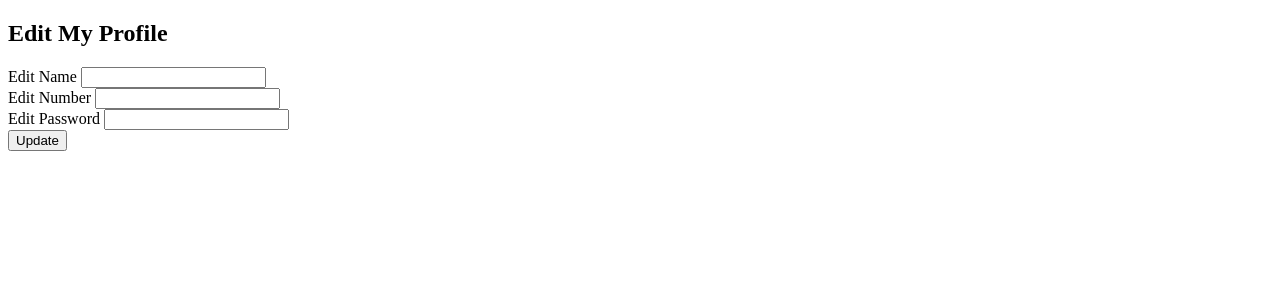
Repository: abkc727/handson-assignments
Page: http://localhost/contact-app/editprofile.jsp
The author's editor kept a copy of each file at every save. The page is drawn from the files as they stood at one save, then again after the next save.
The browser window is 1280 px wide. The pictures show the whole page.
The page is served by Tomcat 9. Other server files are loaded and not shown.

Above is the page before, as saved 2020-10-01 10:28:04.

### Day 13 - CONTACT-APP/contact-app/WebContent/editprofile.jsp
<%@ page language="java" contentType="text/html; charset=ISO-8859-1"
    pageEncoding="ISO-8859-1"%>
<!DOCTYPE html>
<html>
<head>
<meta charset="ISO-8859-1">
<title>Insert title here</title>
</head>
<body>
	<h2>Edit My Profile</h2>
	<form action = "EditProfileServlet" method = "post">


		<label>
			Edit Name <input type = "text" name = "name">
		</label>
		<br />
		<label>
			Edit Number <input type = "text" name = "phone">
		</label>
		<br />
		<label>
			Edit Password <input type = "text" name = "password">
		</label>
		<br />
		<input type = "submit" value = "Update">
	</form>

</body>
</html>

After the next save:
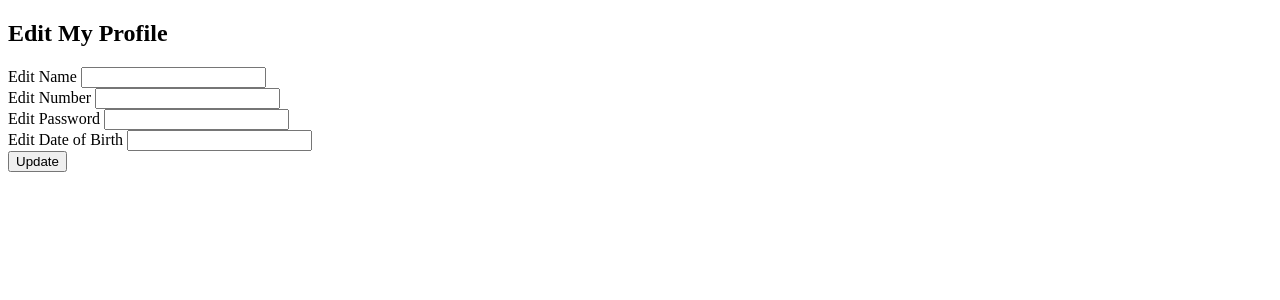
Saved 100 s later.
--- a/Day 13 - CONTACT-APP/contact-app/WebContent/editprofile.jsp
+++ b/Day 13 - CONTACT-APP/contact-app/WebContent/editprofile.jsp
@@ -23,6 +23,11 @@
 			Edit Password <input type = "text" name = "password">
 		</label>
 		<br />
+
+		<label>
+			Edit Date of Birth <input type = "text" name = "dob">
+		</label>
+		<br />
 		<input type = "submit" value = "Update">
 	</form>
 
